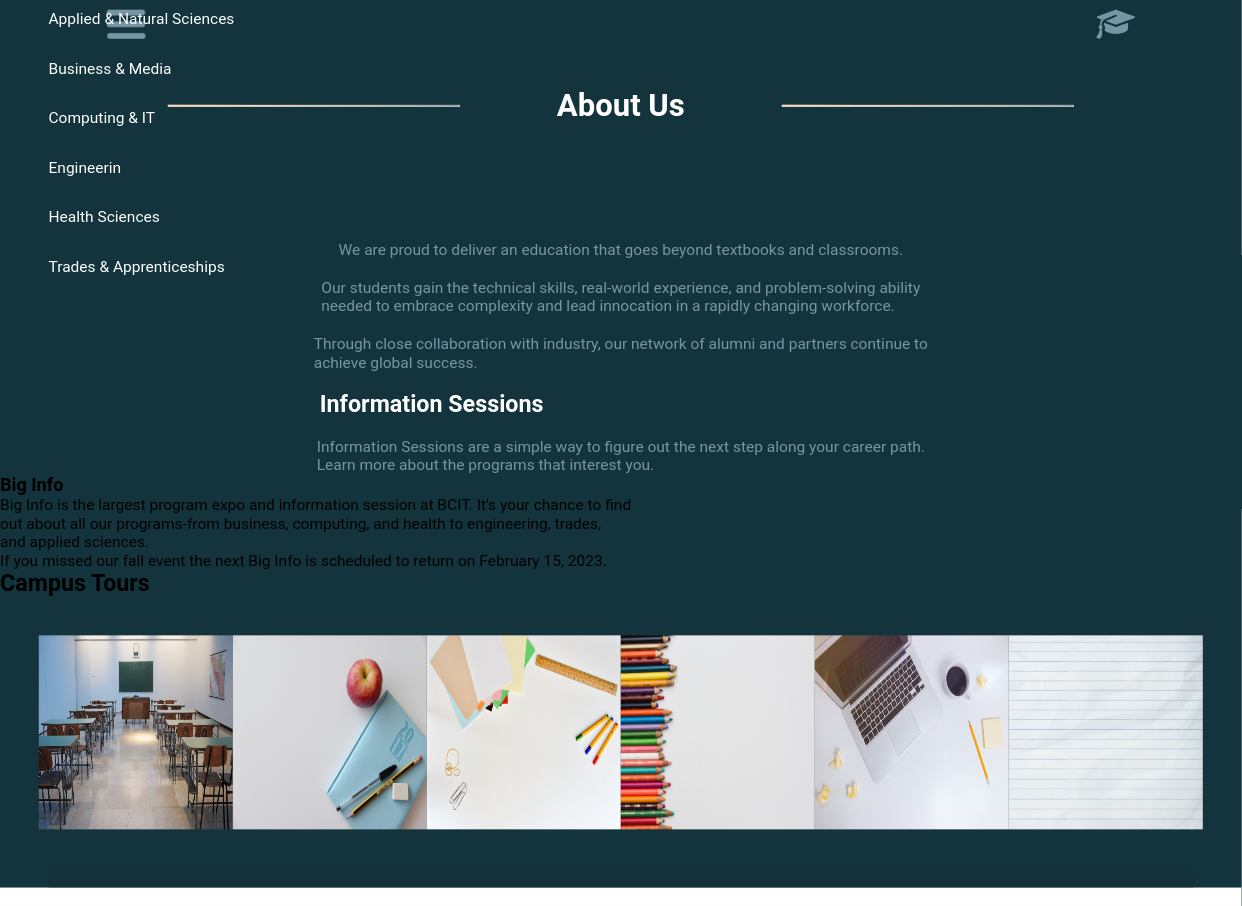
Repository: Sheraliramzan/Aly_A01253508_Assignment1
Page: /about
These files come from the project's save history. The page is drawn as it stood at one moment and after the next save; the edit follows.
The browser window is 1280 px wide. The pictures show the whole page, at 97% of full size.
The project was rebuilt for these pictures with package versions that can differ from the ones it lists, and the page was loaded fresh each time. The framework's server and built-in components were replaced by stand-ins that run in the browser. Also part of the build but not shown: next.config.js.

Above is the page before, as saved 2023-02-05 08:53:58.

After the next save:
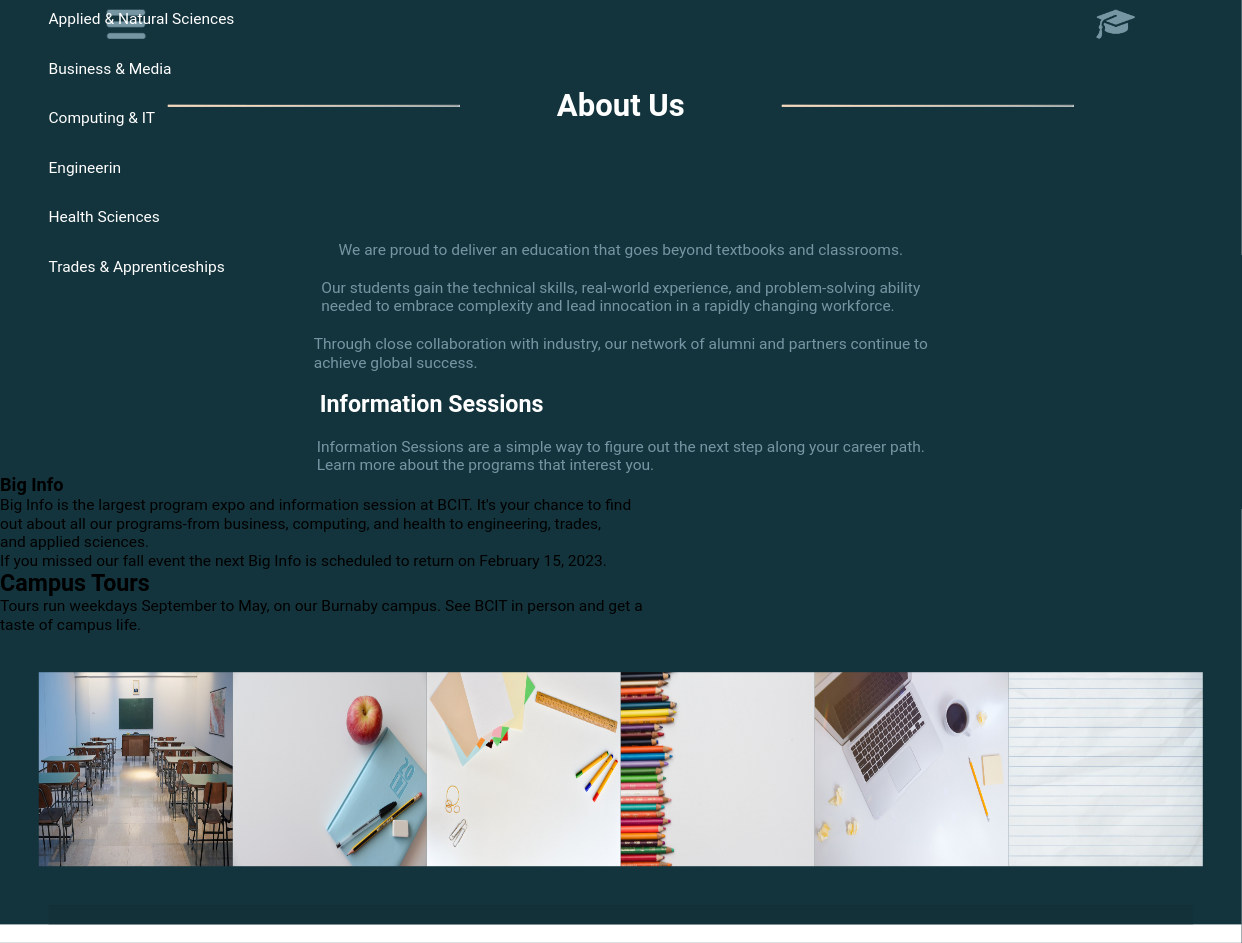
Saved 8 s later.
--- a/pages/about.js
+++ b/pages/about.js
@@ -49,7 +49,8 @@ const About = () => {
                 return on February 15, 2023.
               </p>
               <h2>Campus Tours</h2>
-              <p></p>
+              <p>  Tours run weekdays September to May, on our Burnaby campus. See
+                BCIT in person and get a <br /> taste of campus life.</p>
           </div>
           <div>
             <div id="carouselImage">
